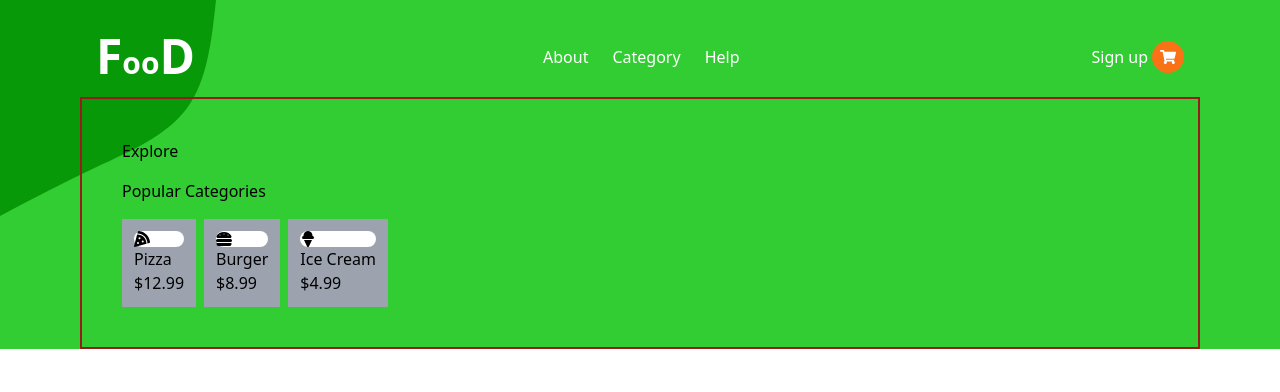
Repository: KhushiCode14/FoodWeb
Page: /category (app in frontend/)
These files come from the project's save history. The page is drawn as it stood at one moment and after the next save; the edit follows.
The browser window is 1280 px wide. The pictures show the whole page.
The project was rebuilt for these pictures with package versions that can differ from the ones it lists, and the page was loaded fresh each time. Also part of the build but not shown: frontend/src/Pages/Home.tsx, frontend/src/components/Home/SignUp.tsx, frontend/src/components/Home/SignIn.tsx, frontend/src/components/Home/Cart.tsx.

Above is the page before, as saved 2024-09-24 12:08:19.

After the next save:
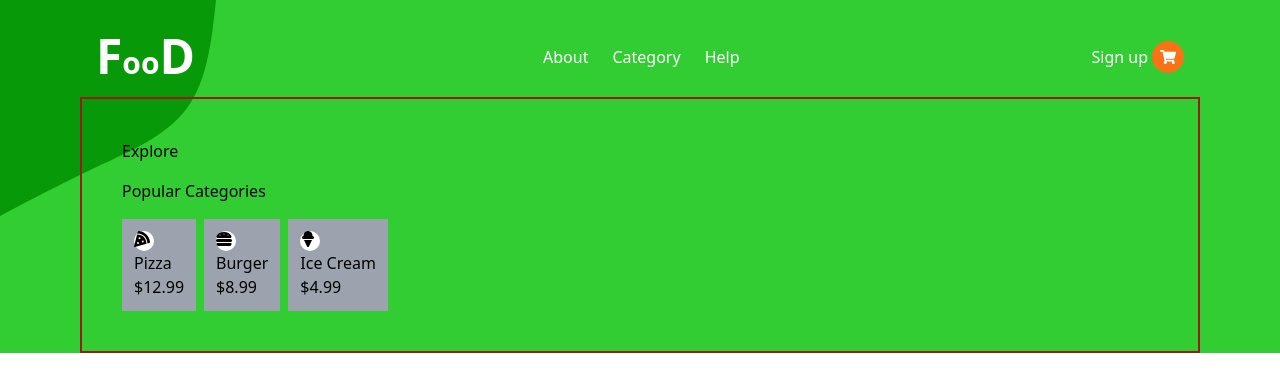
Saved 14 s later.
--- a/frontend/src/components/categories/Card.tsx
+++ b/frontend/src/components/categories/Card.tsx
@@ -33,7 +33,7 @@
     <div className="food-items-container flex gap-2">
       {foodItems.map((item) => (
         <div key={item.id} className="bg-gray-400 p-3">
-          <div className="icon rounded-full bg-white" size={20}>{item.icon}</div>
+          <div className="icon rounded-full bg-white size-5" >{item.icon}</div>
           <h3>{item.name}</h3>
           <p>${item.price.toFixed(2)}</p>
         </div>

After the save that followed:
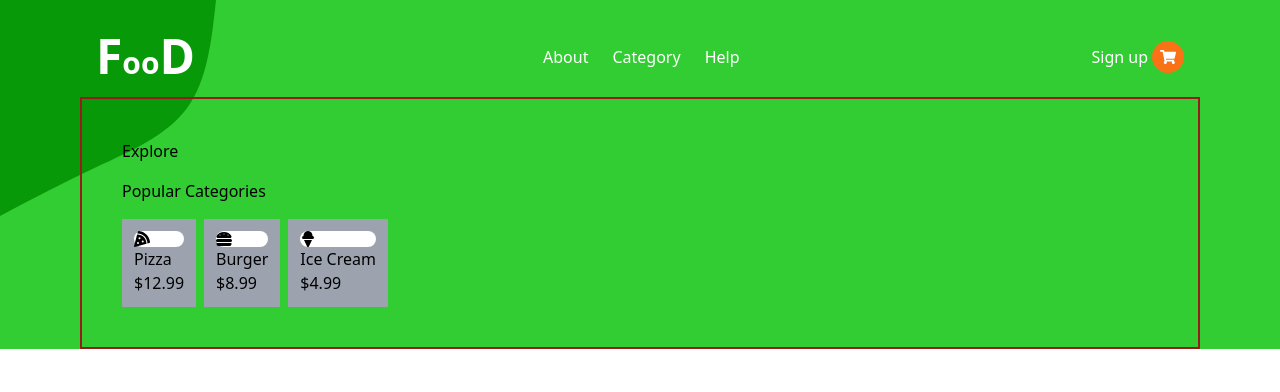
Saved 5 s later.
--- a/frontend/src/components/categories/Card.tsx
+++ b/frontend/src/components/categories/Card.tsx
@@ -33,7 +33,7 @@
     <div className="food-items-container flex gap-2">
       {foodItems.map((item) => (
         <div key={item.id} className="bg-gray-400 p-3">
-          <div className="icon rounded-full bg-white size-5" >{item.icon}</div>
+          <div className="icon rounded-full bg-white size-15" >{item.icon}</div>
           <h3>{item.name}</h3>
           <p>${item.price.toFixed(2)}</p>
         </div>
